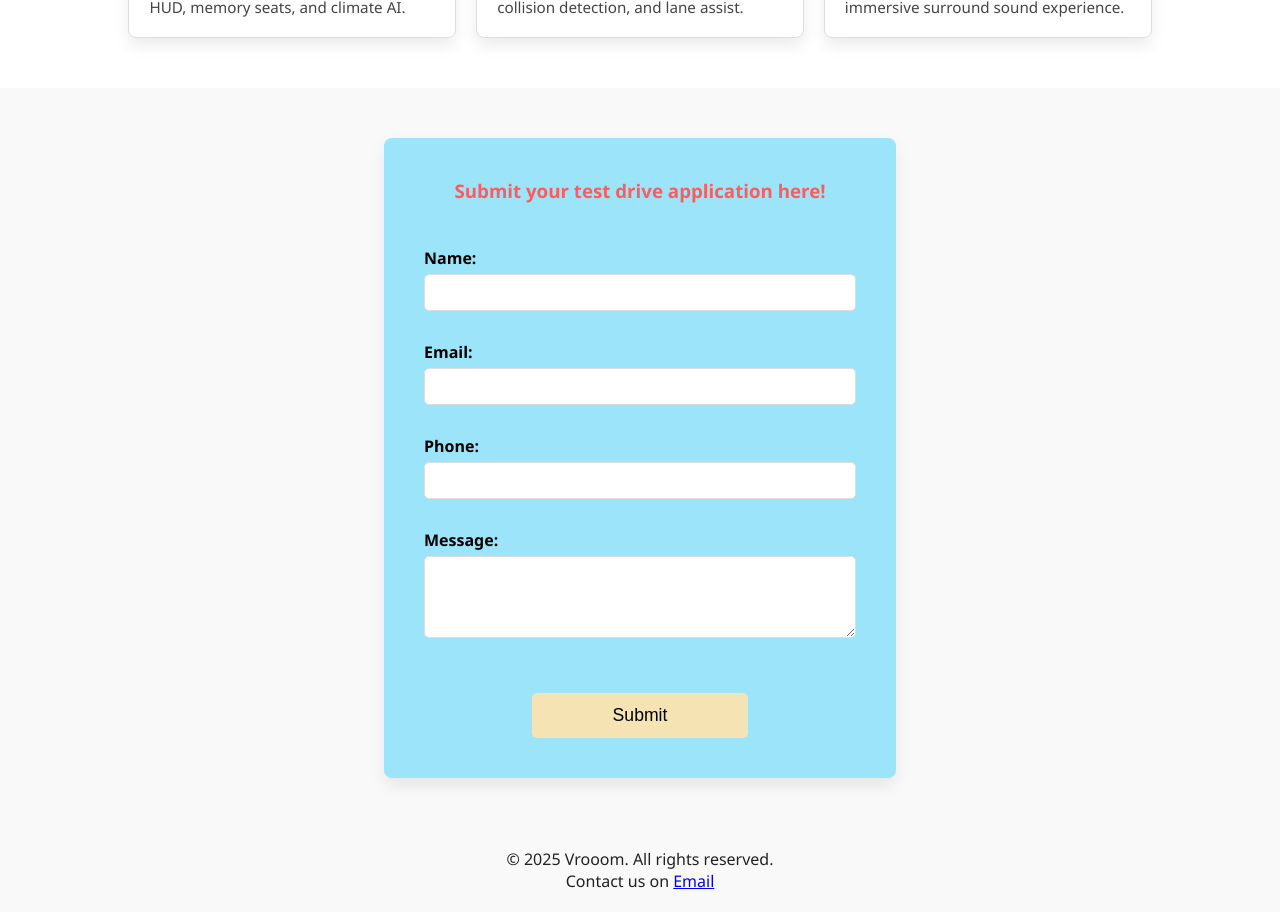
Repository: JiaheSu22/vrooom-responsive-main
Page: index.html
These files come from the project's save history. The page is drawn as it stood at one moment and after the next save; the edit follows.
The browser window is 1280 px wide. The pictures show the part of the page from y = 980 to 1932 px (the page is 1892 px tall before and 1932 px after).
A picture or video elsewhere on the page could not be fetched, so the positions and the page height are approximate.

Above is the page before, as saved 2025-04-11 15:20:06.

After the next save:
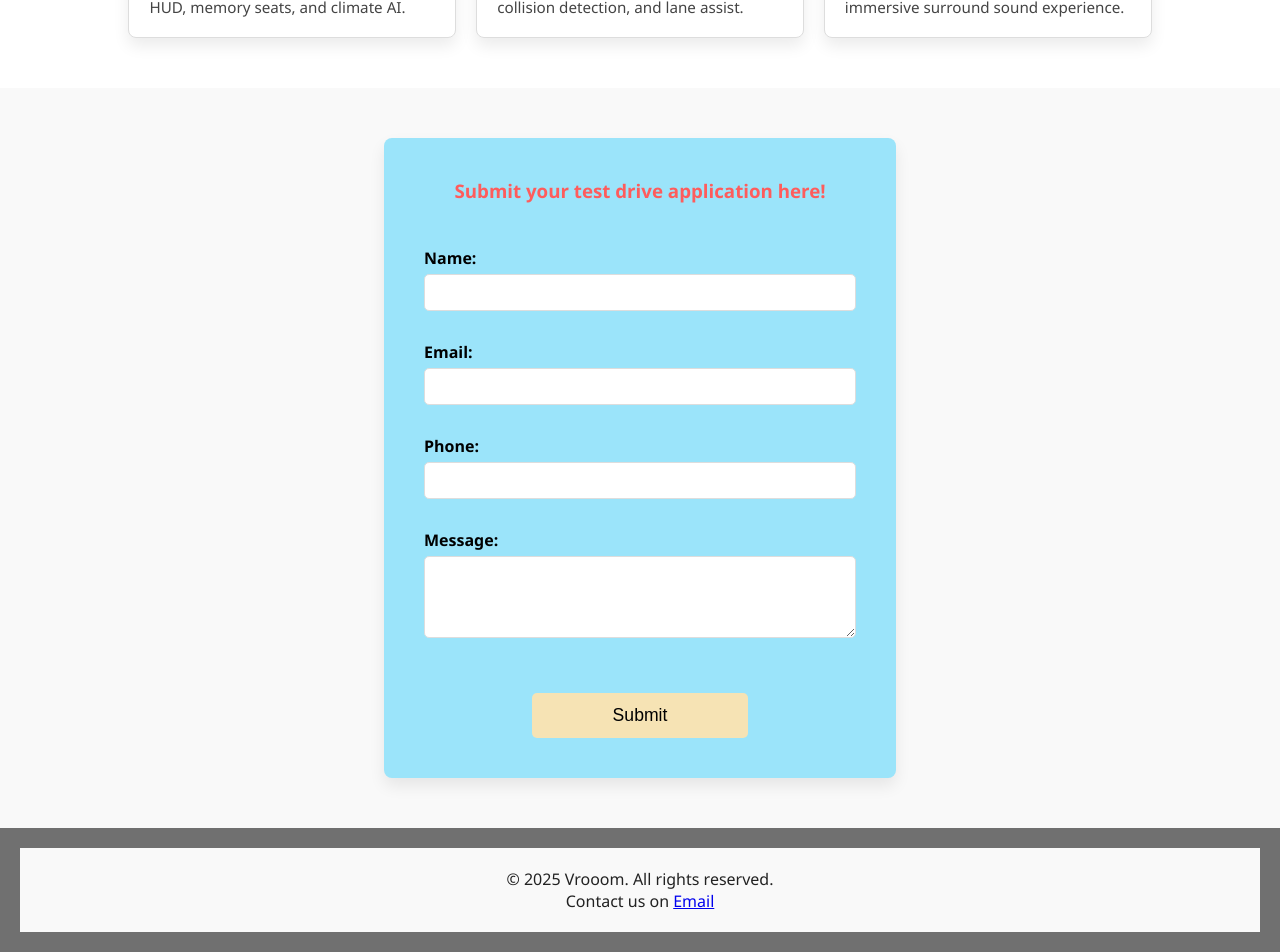
Saved 45 s later.
--- a/index.html
+++ b/index.html
@@ -315,12 +315,14 @@
     </form>
   </section>
 
-  <footer>
-    <div style="text-align: center; padding: 20px; background-color: #f9f9f9;">
-      <p>&copy; 2025 Vrooom. All rights reserved.</p>
-      <p>Contact us on <a href="mailto:contect@vroom.com">Email</a>
-    </div>
-  </footer>
+  <section class="footer">
+    <footer>
+      <div style="text-align: center; padding: 20px; background-color: #f9f9f9;">
+        <p>&copy; 2025 Vrooom. All rights reserved.</p>
+        <p>Contact us on <a href="mailto:contect@vroom.com">Email</a>
+      </div>
+    </footer>
+  </section>
 </body>
 
 </html>
